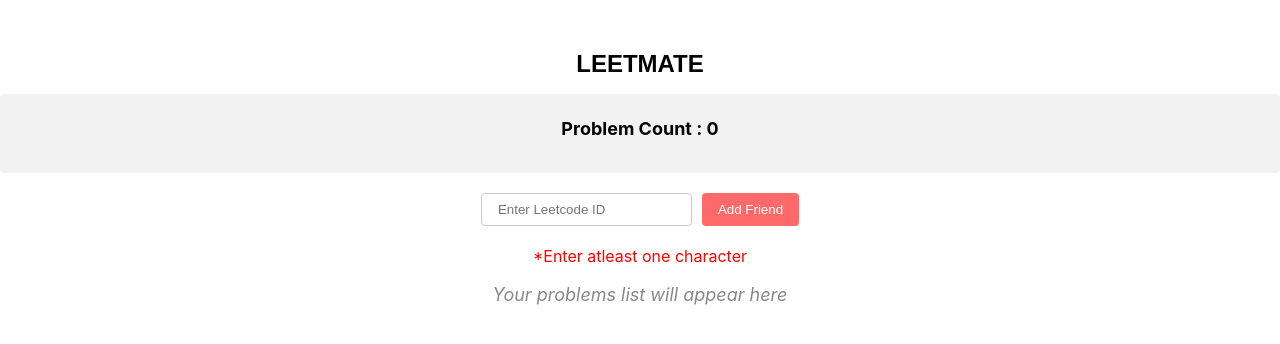
Repository: Sanketh149/leetcode-discord
Page: /
These files come from the project's save history. The page is drawn as it stood at one moment and after the next save; the edit follows.
The browser window is 1280 px wide. The pictures show the whole page.
The project was rebuilt for these pictures with package versions that can differ from the ones it lists, and the page was loaded fresh each time. Also part of the build but not shown: src/Modal.module.css, src/Modal.js, src/Cart.module.css, src/Cart.js.

Above is the page before, as saved 2023-06-21 18:08:18.

After the next save:
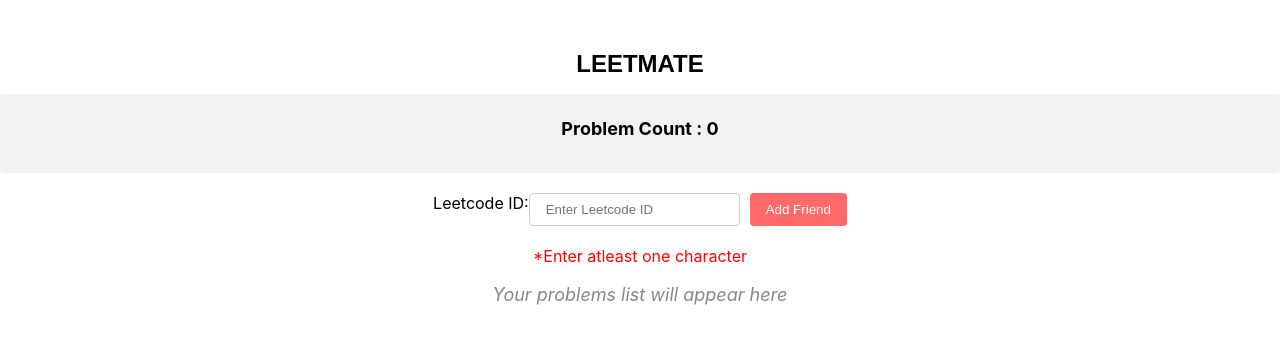
Saved 10 min 26 s later.
--- a/src/App.js
+++ b/src/App.js
@@ -86,6 +86,7 @@
         <p className="problemCount">Problem Count : {user.length}</p>
       </div>
       <form onSubmit={handleSubmit} className="app__form">
+        <label>Leetcode ID:</label>
         <input
           type="text"
           value={username}
